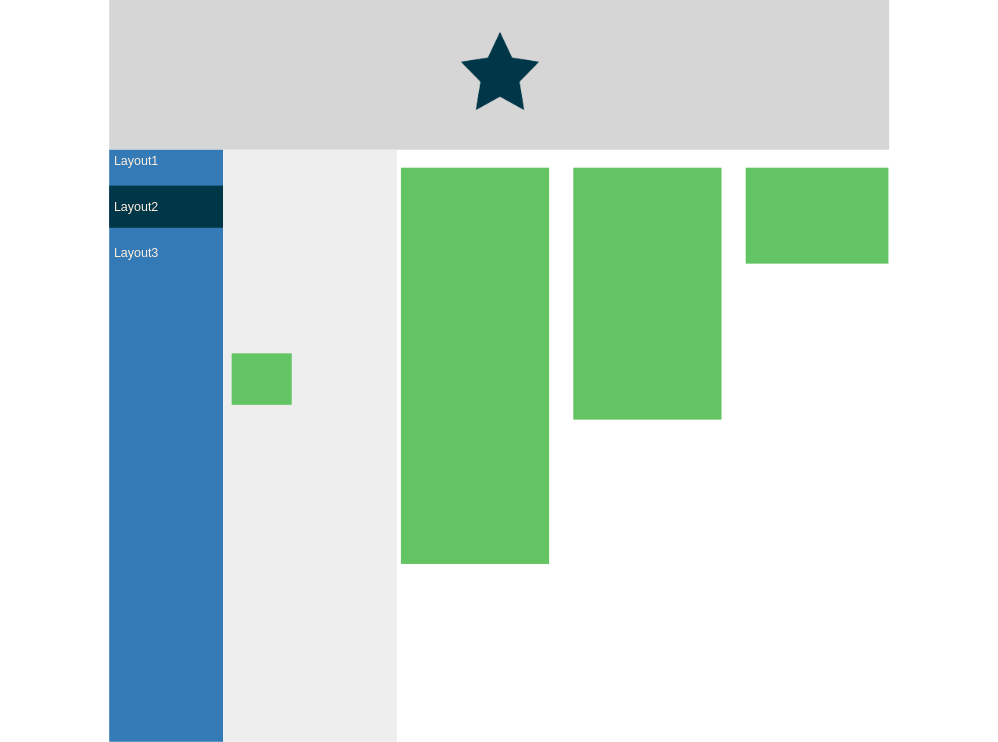
Repository: baliayassin/MyGame
Page: Documents/Aptana Studio 3 Workspace/homeWork2/layOut2.html
An editor plug-in stored every save of this project. The page is shown before and after the next save, followed by the edit.
The browser window is 1280 px wide. The pictures show the whole page, at 78% of full size.

Above is the page before, as saved 2017-11-29 13:06:00.

After the next save:
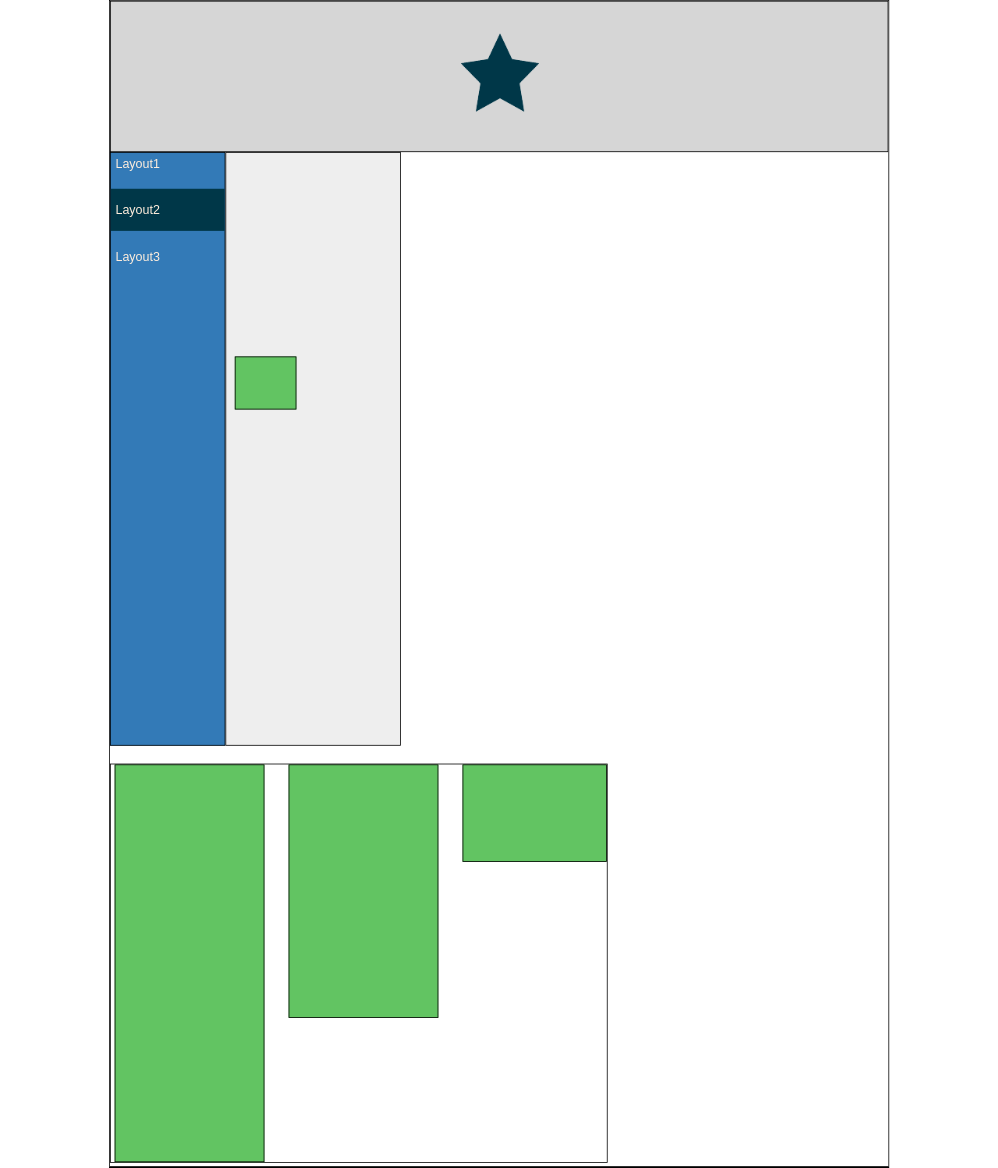
Saved 49 s later.
--- a/Documents/Aptana Studio 3 Workspace/homeWork2/includes/style.css
+++ b/Documents/Aptana Studio 3 Workspace/homeWork2/includes/style.css
@@ -6,7 +6,7 @@
 main, nav, aside, footer, section, article, header {
 	display:  block;
 
-	/*border: 1px solid black;*/
+	border: 1px solid black;
 }
 
 #wrapper {
